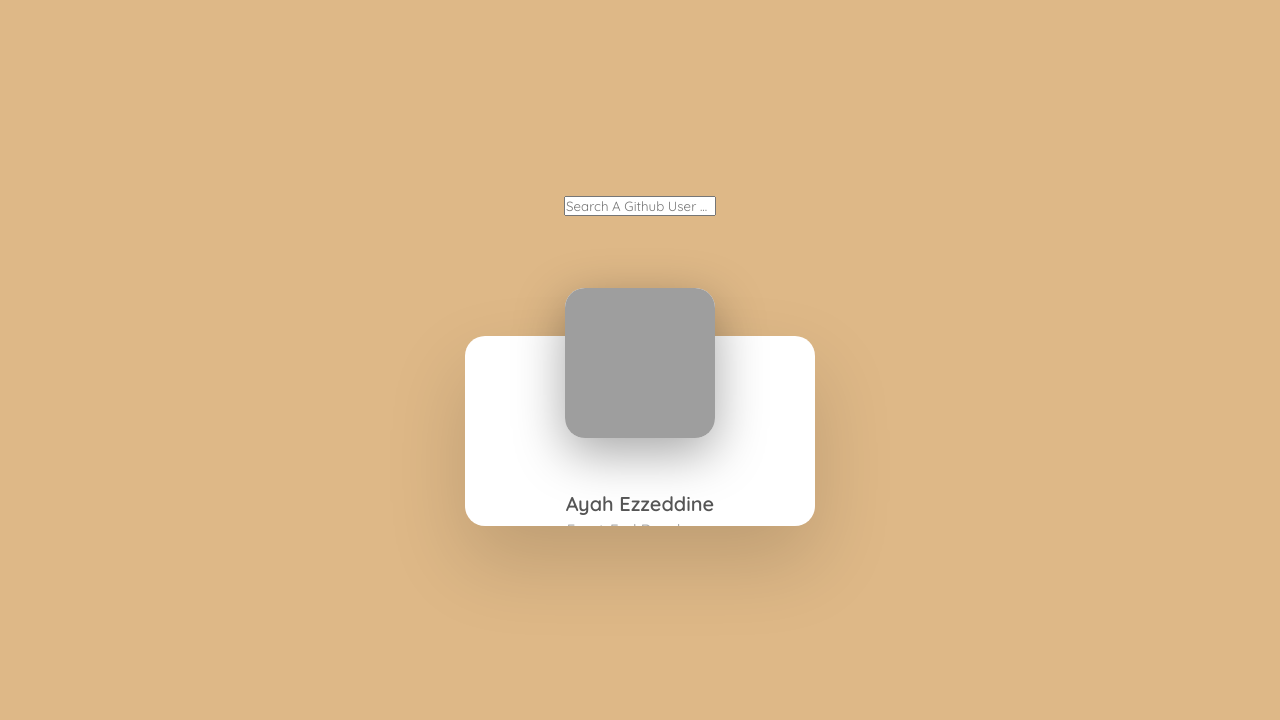
Repository: ayah1996/Github-Profiles
Page: index.html
These files come from the project's save history. The page is drawn as it stood at one moment and after the next save; the edit follows.
The browser window is 1280 px wide. The pictures show the whole page.
Pictures or frames that could not be fetched are drawn as grey boxes. The page's requests for data from a server got no answer.

Above is the page before, as saved 2023-01-26 14:36:29.

After the next save:
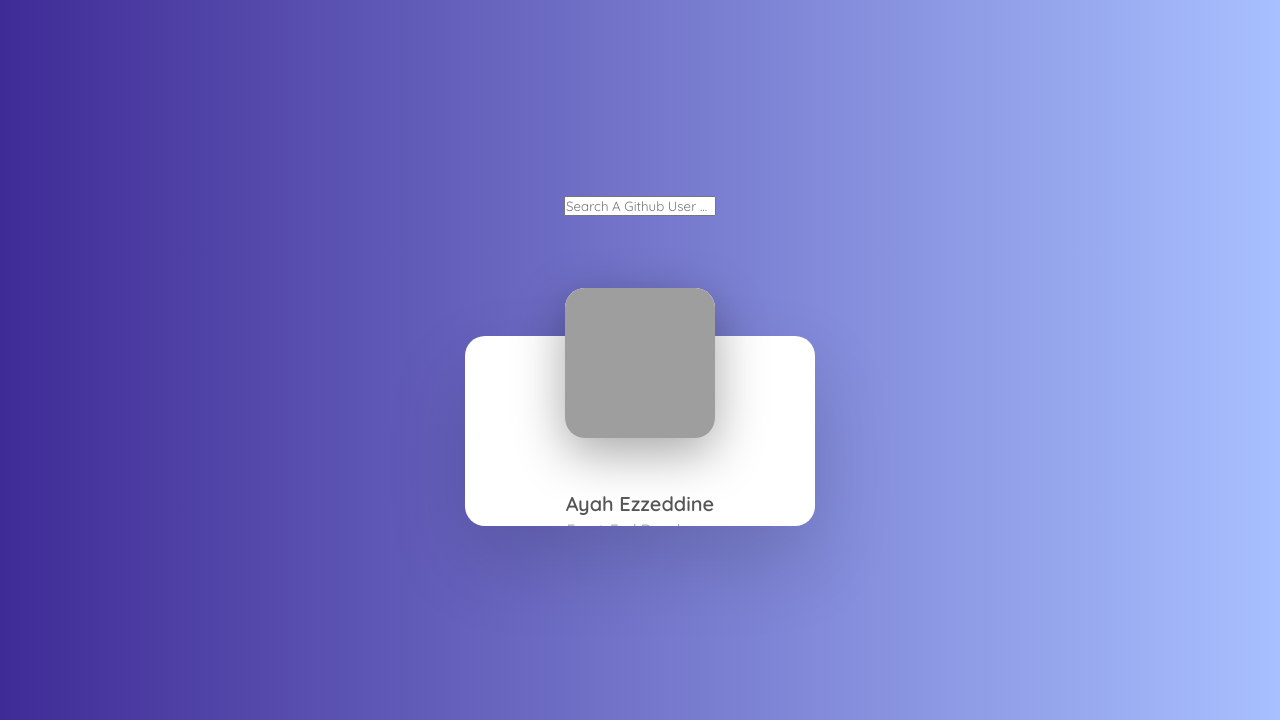
Saved 15 s later.
--- a/style.css
+++ b/style.css
@@ -9,12 +9,6 @@
 
 body {
   margin: 0;
-  background: #a8c0ff; /* fallback for old browsers */ /* Chrome 10-25, Safari 5.1-6 */
-  background: linear-gradient(
-    to right,
-    #3f2b96,
-    #a8c0ff
-  ); /* W3C, IE 10+/ Edge, Firefox 16+, Chrome 26+, Opera 12+, Safari 7+ */
 }
 
 #main {
@@ -23,7 +17,12 @@ body {
   flex-direction: column;
   align-items: center;
   min-height: 100vh;
-  background-color: burlywood;
+  background: #a8c0ff; /* fallback for old browsers */ /* Chrome 10-25, Safari 5.1-6 */
+  background: linear-gradient(
+    to right,
+    #3f2b96,
+    #a8c0ff
+  ); /* W3C, IE 10+/ Edge, Firefox 16+, Chrome 26+, Opera 12+, Safari 7+ */
 }
 #form {
   margin-bottom: 120px;
